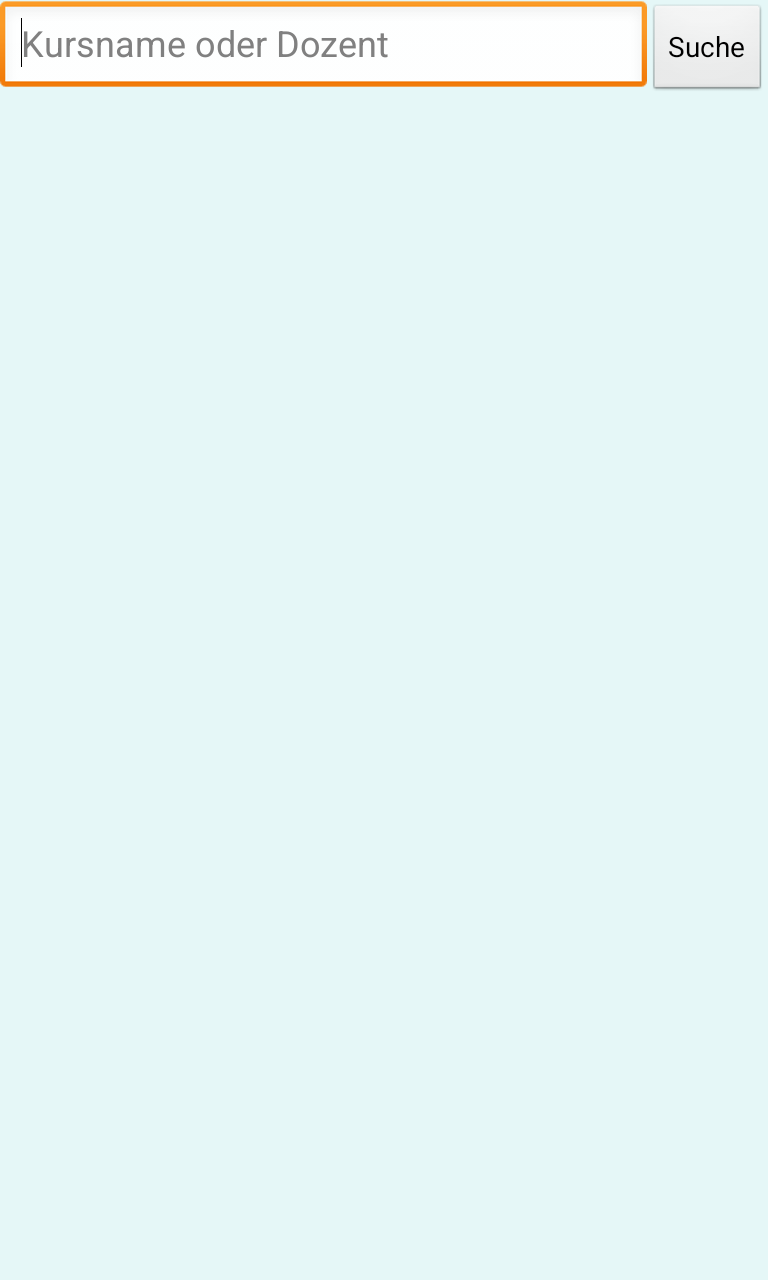
Repository: georgleber/IliConnect
Layout: IliConnect/res/layout/suche_layout.xml
An editor plug-in stored every save of this project. The layout is shown before and after the next save, followed by the edit.
It is drawn on a 768 x 1280 px phone screen (xhdpi) without system bars, with theme AppTheme; the app's code is not run. Lists and similar views that code fills are empty.

Above is the layout before, as saved 2012-12-18 22:36:44.

### IliConnect/res/layout/suche_layout.xml
<?xml version="1.0" encoding="utf-8"?>
<LinearLayout xmlns:android="http://schemas.android.com/apk/res/android"
    android:layout_width="match_parent"
    android:layout_height="match_parent"
    android:background="#E5F7F7"
    android:orientation="vertical">

    <LinearLayout
        android:layout_width="match_parent"
        android:layout_height="wrap_content" >

        <EditText
            android:id="@+id/editText1"
            android:layout_width="0dp"
            android:layout_height="wrap_content"
            android:layout_weight="1.51"
            android:ems="10"
            android:hint="@string/search_string"
            android:singleLine="true">

            <requestFocus />
        </EditText>

        <Button
            android:id="@+id/search_button"
            android:layout_width="wrap_content"
            android:layout_height="wrap_content"
            android:text="@string/searching_button" />
    </LinearLayout>

    <RelativeLayout
        android:layout_width="match_parent"
        android:layout_height="wrap_content" >

        <TextView
            android:id="@+id/kurs_label"
            android:layout_width="match_parent"
            android:layout_height="wrap_content"
            android:text="@string/kurs_suche"
            android:textAppearance="?android:attr/textAppearanceMedium"
            android:textSize="25sp" />

        <ListView
            android:id="@+id/kurs_list"
            style="@style/ListView"
            android:layout_width="fill_parent"
            android:layout_height="fill_parent"
            android:layout_weight="0.5" >
        </ListView>

        <TextView
            android:id="@+id/dozent_suche_label"
            android:layout_width="wrap_content"
            android:layout_height="wrap_content"
            android:layout_marginTop="99dp"
            android:text="@string/Dozent_suche"
            android:textAppearance="?android:attr/textAppearanceMedium"
            android:textSize="25sp" />

        <ListView
            android:id="@+id/dozent_list"
            style="@style/ListView"
            android:layout_width="fill_parent"
            android:layout_height="fill_parent"
            android:layout_weight="1" >
        </ListView>

    </RelativeLayout>



</LinearLayout>

### IliConnect/res/values/styles.xml
<resources xmlns:android="http://schemas.android.com/apk/res/android">

    <style name="AppTheme" parent="android:Theme.Light" />
    <style name="ListView">
        <item name="android:layout_width">fill_parent</item>
        <item name="android:layout_height">fill_parent</item>
        <item name="android:textColor">#000000</item>
        <item name="android:background">@color/mintFH</item>
        <item name="android:cacheColorHint">@color/mintFH</item>
        <item name="android:listSelector">@drawable/list_selector</item>
    </style>

</resources>

### IliConnect/res/values/strings.xml
<resources>

    <string name="app_name">IliConnect</string>
    <string name="hello_world">Hello world!</string>
    <string name="menu_settings">Settings</string>
    <string name="title_activity_main">IliConnect</string>
    <string name="passwort_label">"Passwort: "</string>
    <string name="Email_label">"ID: "</string>
    <string name="login_button">Login</string>
    <string name="passwort_hint">******</string>
    <string name="email_pre">userid</string>
    <string name="desc_logoright">FH-Aachen Logo</string>
	<string name="desc_head">Ilias Logo</string>
	<string name="logout">Logout</string>
	<string name="magazin">Magazin</string>
	<string name="uebersicht">Übersicht</string>
	<string name="account_logout">Logout</string>
	<string name="QR_Code">Scan QR Code</string>
	<string name="todo_liste">Todo Liste</string>
	<string name="Date">Montag 17.12.2012 Praktikum Fassbender</string>
	<string name="desc_seminar">Beschreibung:</string>
	<string name="desc_long">Dies ist ein Testseminar. Hier würde ihr Text stehen der das Seminar beschreibt.</string>
	<string name="search_string">Kursname oder Dozent</string>
	<string name="termine_string">Termine:</string>
	<string name="geaendertedateien_string">Geänderte Dateien:</string>
	<string name="qr_string">QR Scanner:</string>
	<string name="datum_praktikum">24.12.2012 Praktikum SWE</string>
	<string name="Testmessage">Testmeldung</string>
	<string name="stringurl">Url: </string>
	<string name="urlHint">www.ilias.de</string>
	<string name="logout_menu">Ausloggen</string>
	<string name="settings_menu">Einstellungen</string>
	<string name="sync_label">Synchronisation:</string>
	<string name="Sync_intervall">Intervall: </string>
	<string name="Wlan_snyc">"nur über Wlan: "</string>
	<string name="dates_sync">"Anzahl der Termine: "</string>
	<string name="Notifi_sync">"Benachrichtigungen: "</string>
	<string name="Warning_sync">"Warnung: "</string>
	<string name="Critical_sync">"Kritisch: "</string>
	<string name="sync_button">Synchronisieren</string>

	 <string-array name="array_intervall">
        <item>15 Min</item>
        <item>30 Min</item>
        <item>1 H</item>
        <item>2 H</item>
        <item>1 D</item>
    </string-array>
    <string-array name="array_termine">
        <item>1</item>
        <item>2</item>
        <item>3</item>
        <item>4</item>
        <item>5</item>
    </string-array>
    <string-array name="array_warnung">
        <item>3 D</item>
        <item>4 D</item>
        <item>5 D</item>
        <item>6 D</item>
    </string-array>
    <string-array name="array_Kritisch">
        <item>1 D</item>
        <item>2 D</item>
    </string-array>
        <string name="testdates">24.12.2012    16 Uhr</string>
        <string name="testpraktikum">Software Engineering Praktikum</string>
        <string name="testpraktikum2">25.12.2012    14 Uhr</string>
        <string name="testpraktikum3">Bildverarbeitung Praktikum</string>
        <string name="kurs_abmeldung">Abmelden</string>
        <string name="test_file">Aufgabe 1.pdf</string>
        <string name="kurs_suche">KURS:</string>
        <string name="Dozent_suche">DOZENT:</string>
        <string name="test_seminar">Physik</string>
        <string name="Join_kurs">Beitreten</string>
        <string name="dozent_fassbender">"Prof. Dr. rer. nat. Faßbender "</string>
        <string name="button_kurse">Kurse</string>
        <string name="searching_button">Suche</string>
        <string name="Kurs_default">Physik</string>

</resources>

### IliConnect/res/values/color.xml
<resources xmlns:android="http://schemas.android.com/apk/res/android">
    <color name="mintFH">#E5F7F7</color>
    <color name="darkmint">#00B1AC</color>
</resources>

### IliConnect/res/drawable/list_selector.xml
<?xml version="1.0" encoding="utf-8"?>
<selector xmlns:android="http://schemas.android.com/apk/res/android"
    android:background="#E5F7F7">
    <!-- touch down -->
    <item
        android:drawable="@drawable/list_selector_pressed"
        android:state_pressed="true"/>
    <!-- selected -->
    <item
        android:textColor="#000000"
        android:drawable="@drawable/list_selector_selected"
        android:state_selected="true"
        android:state_focused="false"
        android:state_pressed="false"/>
</selector>

### IliConnect/res/drawable/list_selector_pressed.xml
<?xml version="1.0" encoding="utf-8"?>
<layer-list xmlns:android="http://schemas.android.com/apk/res/android"
    android:background="#E5F7F7">
    <item>
        <shape android:shape="rectangle">
            <solid android:color="@color/darkmint"/>
            <size android:width="1dip"/>
            <size android:height="1dip"/>
        </shape>
    </item>
</layer-list>

### IliConnect/res/drawable/list_selector_selected.xml
<?xml version="1.0" encoding="utf-8"?>
<layer-list xmlns:android="http://schemas.android.com/apk/res/android"
    android:background="#E5F7F7">
    <item>
        <shape android:shape="rectangle">
            <solid android:color="@color/darkmint"/>
            <size android:width="1dip"/>
            <size android:height="1dip"/>
        </shape>
    </item>
</layer-list>

After the next save:
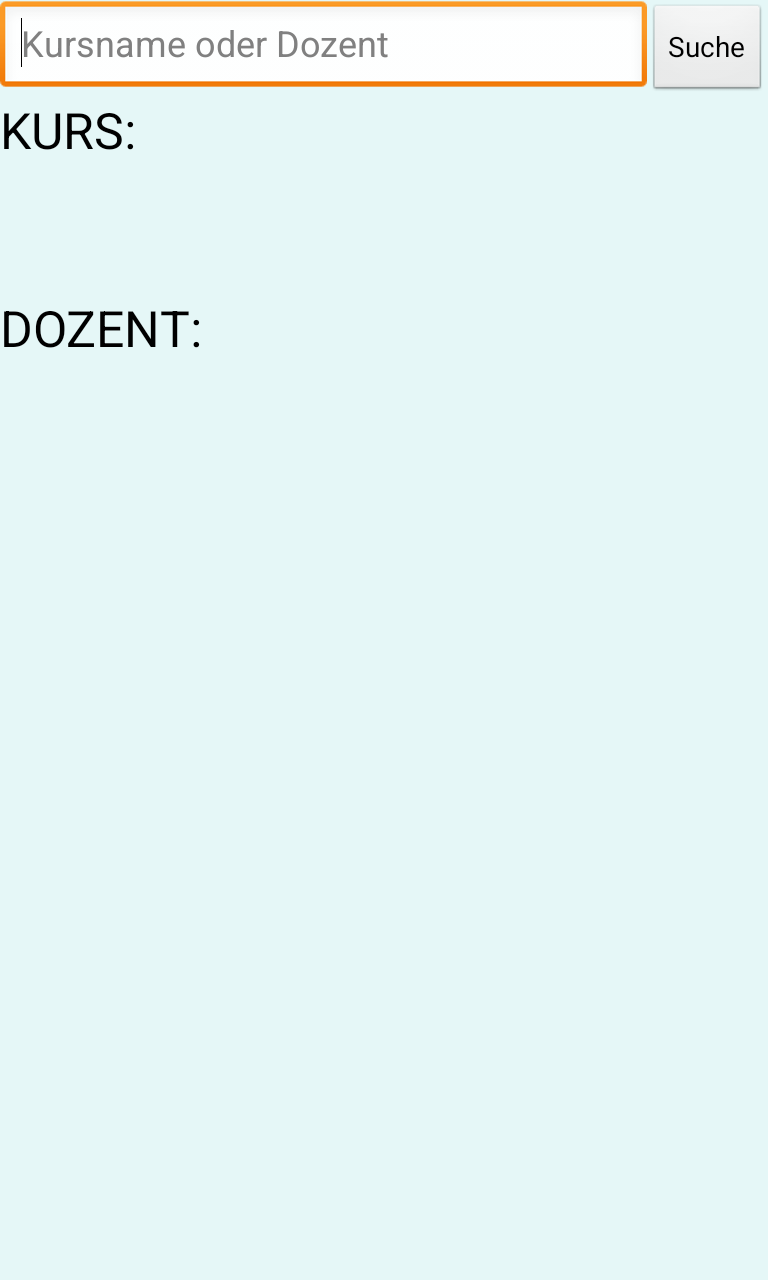
Saved 5 min 27 s later.
--- a/IliConnect/res/layout/suche_layout.xml
+++ b/IliConnect/res/layout/suche_layout.xml
@@ -3,7 +3,7 @@
     android:layout_width="match_parent"
     android:layout_height="match_parent"
     android:background="#E5F7F7"
-    android:orientation="vertical">
+    android:orientation="vertical" >
 
     <LinearLayout
         android:layout_width="match_parent"
@@ -16,7 +16,7 @@
             android:layout_weight="1.51"
             android:ems="10"
             android:hint="@string/search_string"
-            android:singleLine="true">
+            android:singleLine="true" >
 
             <requestFocus />
         </EditText>
@@ -30,43 +30,56 @@
 
     <RelativeLayout
         android:layout_width="match_parent"
-        android:layout_height="wrap_content" >
+        android:layout_height="150dp" >
 
-        <TextView
-            android:id="@+id/kurs_label"
-            android:layout_width="match_parent"
-            android:layout_height="wrap_content"
-            android:text="@string/kurs_suche"
-            android:textAppearance="?android:attr/textAppearanceMedium"
-            android:textSize="25sp" />
-
-        <ListView
-            android:id="@+id/kurs_list"
-            style="@style/ListView"
-            android:layout_width="fill_parent"
-            android:layout_height="fill_parent"
-            android:layout_weight="0.5" >
-        </ListView>
-
-        <TextView
-            android:id="@+id/dozent_suche_label"
+        <LinearLayout
             android:layout_width="wrap_content"
             android:layout_height="wrap_content"
-            android:layout_marginTop="99dp"
-            android:text="@string/Dozent_suche"
-            android:textAppearance="?android:attr/textAppearanceMedium"
-            android:textSize="25sp" />
+            android:orientation="vertical"
+            android:layout_weight="1"  >
 
-        <ListView
-            android:id="@+id/dozent_list"
-            style="@style/ListView"
-            android:layout_width="fill_parent"
-            android:layout_height="fill_parent"
-            android:layout_weight="1" >
-        </ListView>
+            <TextView
+                android:id="@+id/kurs_label"
+                android:layout_width="match_parent"
+                android:layout_height="wrap_content"
+                android:text="@string/kurs_suche"
+                android:textAppearance="?android:attr/textAppearanceMedium"
+                android:textSize="25sp" />
 
+            <ListView
+                android:id="@+id/kurs_list"
+                style="@style/ListView"
+                android:layout_width="fill_parent"
+                android:layout_height="fill_parent"
+                android:layout_weight="0.5" >
+            </ListView>
+
+        </LinearLayout>
+
+        <LinearLayout
+            android:layout_width="wrap_content"
+            android:layout_height="wrap_content"
+            android:orientation="vertical"
+            android:layout_weight="1"  >
+
+            <TextView
+                android:id="@+id/dozent_suche_label"
+                android:layout_width="wrap_content"
+                android:layout_height="wrap_content"
+                android:layout_marginTop="99dp"
+                android:text="@string/Dozent_suche"
+                android:textAppearance="?android:attr/textAppearanceMedium"
+                android:textSize="25sp" />
+
+            <ListView
+                android:id="@+id/dozent_list"
+                style="@style/ListView"
+                android:layout_width="fill_parent"
+                android:layout_height="fill_parent"
+                android:layout_weight="1" >
+            </ListView>
+
+        </LinearLayout>
     </RelativeLayout>
 
-
-
 </LinearLayout>
